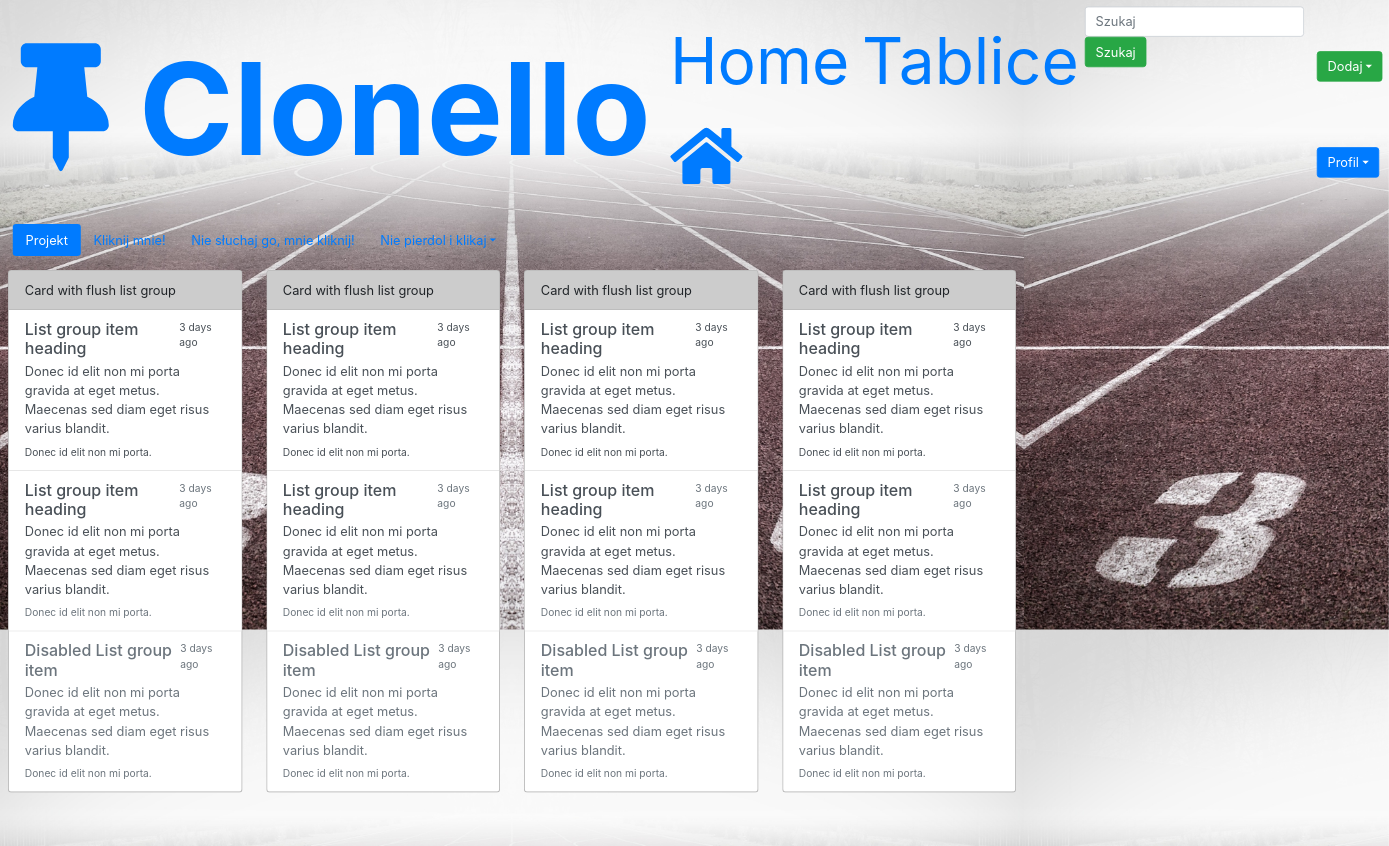
Repository: jnehlt/PAW-lab
Page: / (app in Frontend/clonello/)
These files come from the project's save history. The page is drawn as it stood at one moment and after a run of saves; the edit follows.
The browser window is 1280 px wide. The page is 1736 px wide, then 1285 px, so the pictures cover 1736 px, including what lies to the right of the window. The pictures show the whole page, at 80% of full size.
The project was rebuilt for these pictures with package versions that can differ from the ones it lists, and the page was loaded fresh each time.

Above is the page before, as saved 2020-04-24 23:52:10.

After the next 2 saves:
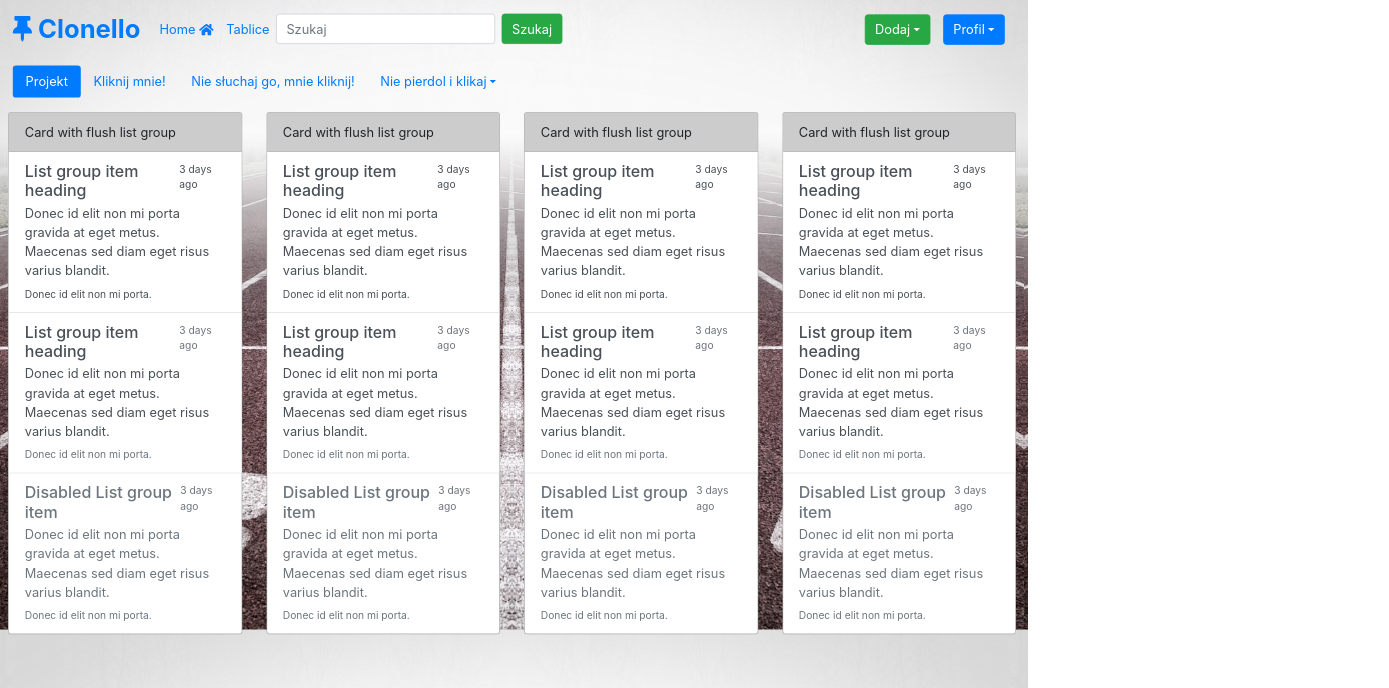
The 2 saves are shown as one change because they came seconds apart.
The last was saved 5 s later.
--- a/Frontend/clonello/src/components/TopHeader.vue
+++ b/Frontend/clonello/src/components/TopHeader.vue
@@ -58,7 +58,7 @@
 
 .navbar {
     background-color: transparent;
-    font-size: 5em;
+    font-size: 50%em;
 }
 
 .navbar-toggler {
